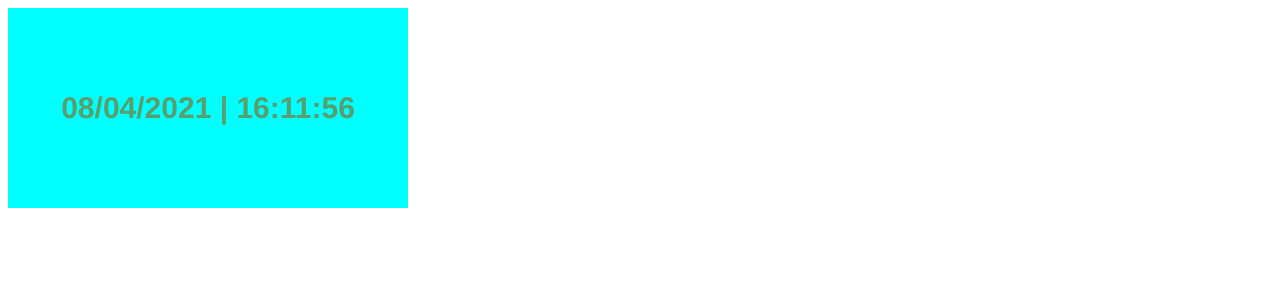
Repository: Widzisz/zadania-JavaScript
Page: www/index.html
An editor plug-in stored every save of this project. The page is shown before and after the next save, followed by the edit.
The browser window is 1280 px wide. The pictures show the whole page.

Above is the page before, as saved 2021-04-08 18:40:39.

After the next save:
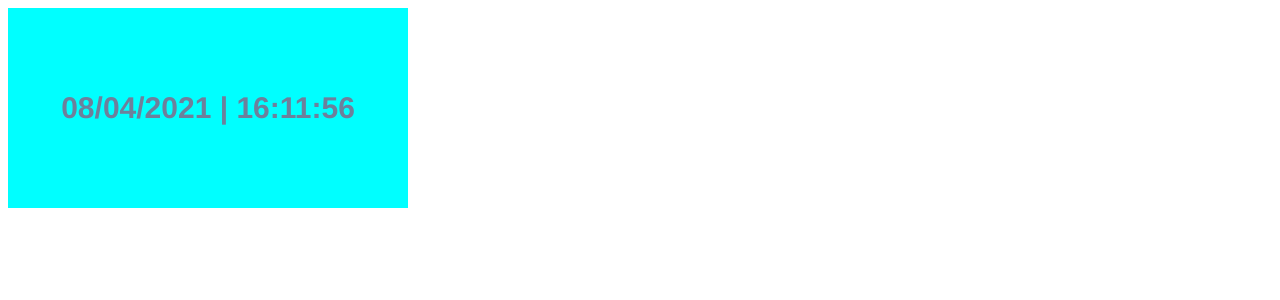
Saved 116 s later.
--- a/www/main.css
+++ b/www/main.css
@@ -16,6 +16,7 @@
     animation-name: name;
     animation-duration: 4s;
     animation-iteration-count: infinite;
+    animation-timing-function: linear;
 
 }
 
